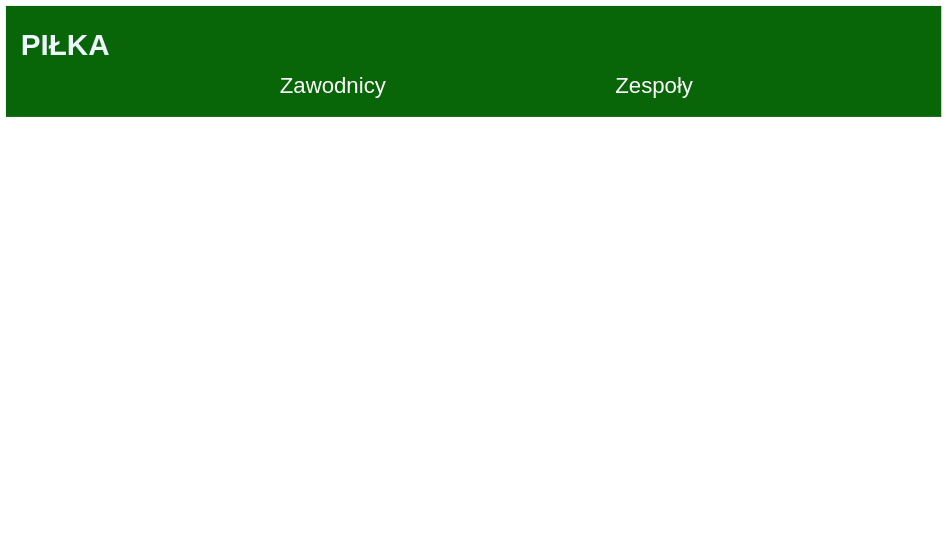
Repository: ZABA78/PAZW
Page: index.html
These files come from the project's save history. The page is drawn as it stood at one moment and after the next save; the edit follows.
The browser window is 1280 px wide. The pictures show the whole page, at 74% of full size.
Some web fonts or font styles are not loaded; a fallback is used.

Above is the page before, as saved 2023-10-17 14:23:07.

### index.html
<!DOCTYPE html>
<html lang="en">
<head>
    <meta charset="UTF-8">
    <meta http-equiv="X-UA-Compatible" content="IE=edge">
    <meta name="viewport" content="width=device-width, initial-scale=1.0">
    <link rel="stylesheet" href="style.css">
    <title>Piłka</title>
    <style>
        @import url('https://fonts.googleapis.com/css2?family=Tilt+Neon&display=swap');
        </style>
        <script src = "Jquery.js"></script>
</head>
<body>
    <header>
        <!--<img src="pilka.png" alt="logo" class = "logo">--><h1>PIŁKA</h1>
        <nav>
            <a href="">Zawodnicy</a>
            <a href="">Zespoły</a>
            <a href="">Mecze</a>
            <a href="">Puchary</a>
        </nav>
    </header>
</body>
</html>

### style.css
*
{
    font-family: 'Tilt Neon', sans-serif;


}

h1
{
    padding: 10px;
    font-size: 40px;
    float: left;
    margin-left: 10px;
    margin-top: 20px;
}
header
{
    background-color: rgb(8, 102, 8);
    height: 150px;
    color: aliceblue;
    display: flex;
    flex-direction: row;
}
a
{
padding: 90px;
text-align: center;
float: left;
margin-left: 130px;
text-decoration: none;
color: white;
font-size: 30px;
}

Loaded but not shown: jquery.js (library)

After the next save:
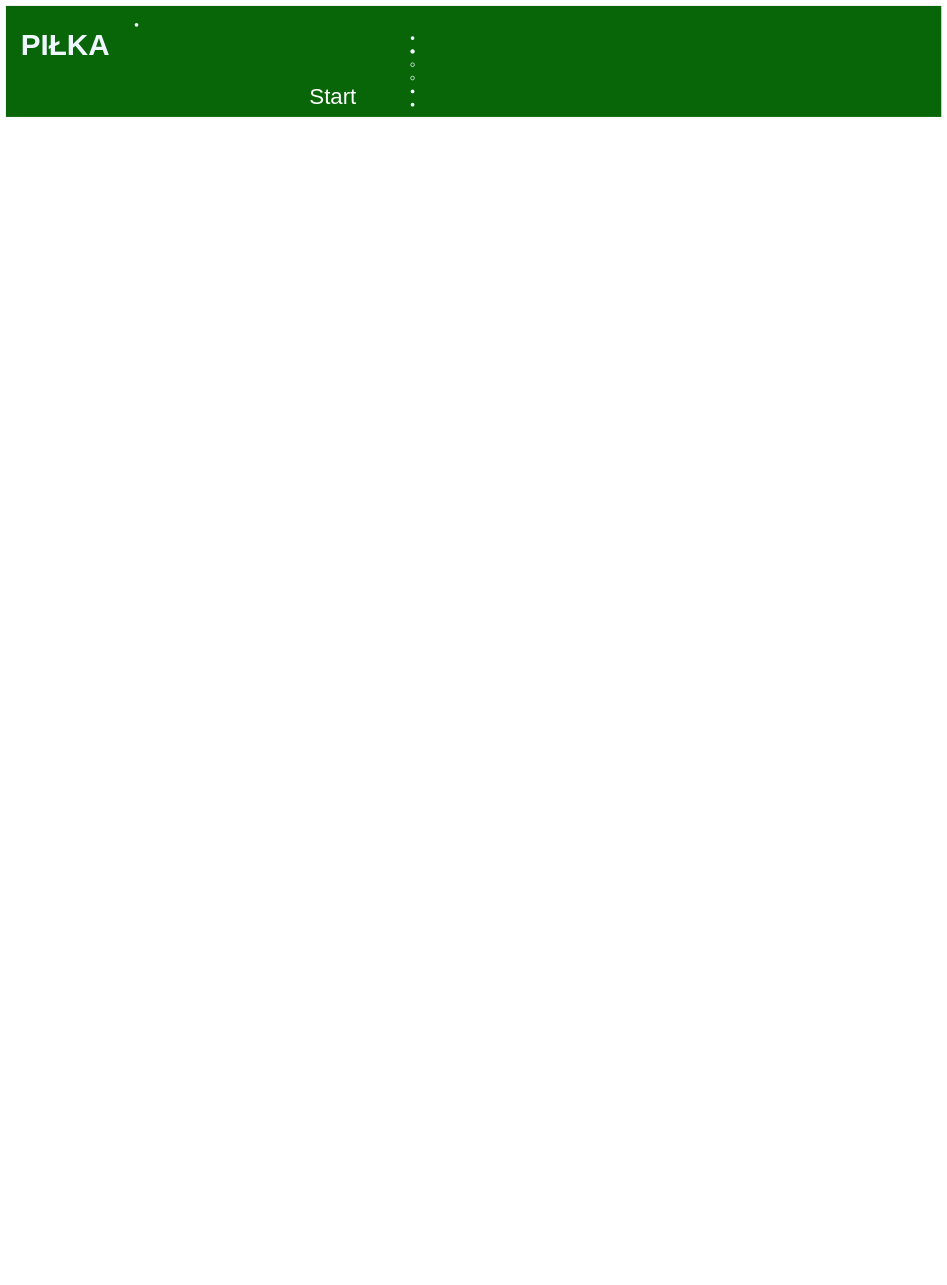
Saved 102 s later.
--- a/index.html
+++ b/index.html
@@ -15,10 +15,19 @@
     <header>
         <!--<img src="pilka.png" alt="logo" class = "logo">--><h1>PIŁKA</h1>
         <nav>
-            <a href="">Zawodnicy</a>
-            <a href="">Zespoły</a>
-            <a href="">Mecze</a>
-            <a href="">Puchary</a>
+            <ul>
+                <li><a href="#">Start</a>
+            <li><a href="#">O nas</a>
+                <li class="drop"><a href="#">Oferta</a>
+                    <ul class="dropdown">
+                        <li><a href="#">Oferta 01</a></li>
+                        <li><a href="#">Oferta 02</a></li>
+                        <li><a href="#">Oferta 03</a></li>
+                    </ul>
+                </li>
+                <li><a href="#">Aktualności</a>
+                <li><a href="#">Kontakt</a>
+            </ul>
         </nav>
     </header>
 </body>
